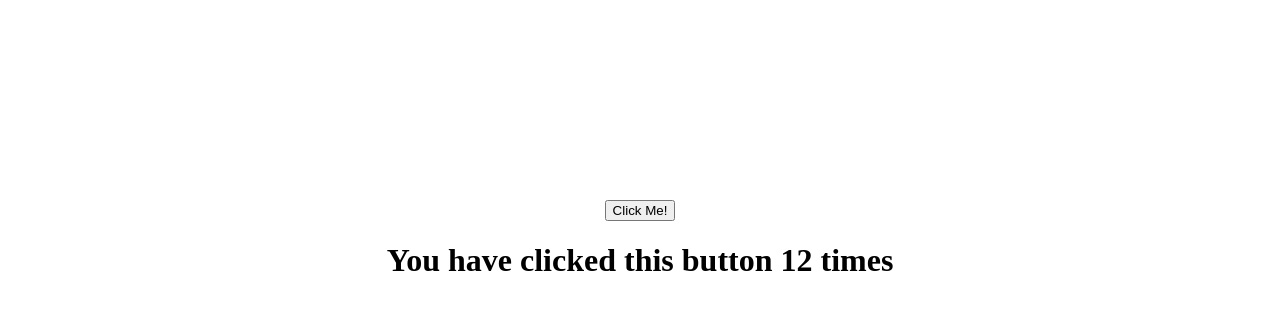
Repository: harshithamagani/Java-Basics
Page: http://localhost/counter/
The author's editor kept a copy of each file at every save. The page is drawn from the files as they stood at one save, then again after the next save.
The browser window is 1280 px wide. The pictures show the whole page.
The page is served by Tomcat 9.

Above is the page before, as saved 2019-11-05 02:44:06.

After the next save:
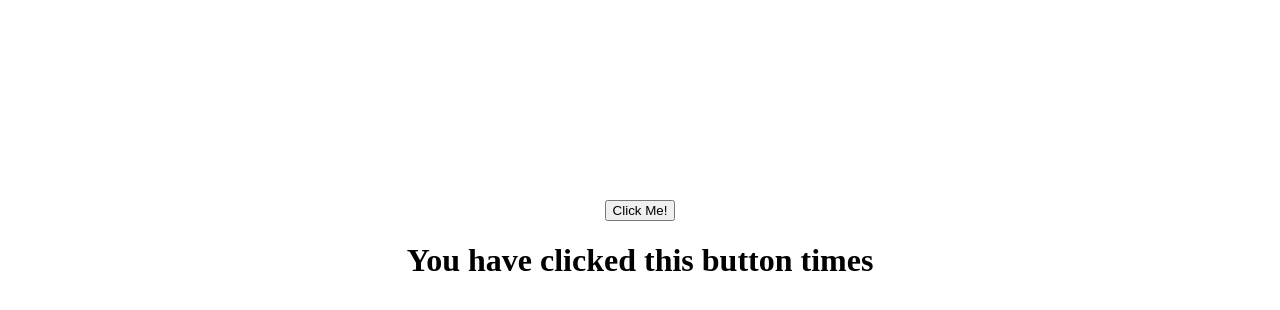
Saved 22 s later.
--- a/counter/WebContent/WEB-INF/index.jsp
+++ b/counter/WebContent/WEB-INF/index.jsp
@@ -21,7 +21,7 @@
 <div id="wrapper">
 	<div id="container">
 		<button id="counter">Click Me!</button>
-		<h1>You have clicked this button 12 times</h1>
+		<h1>You have clicked this button  times</h1>
 	</div>
 </div>
 </body>
